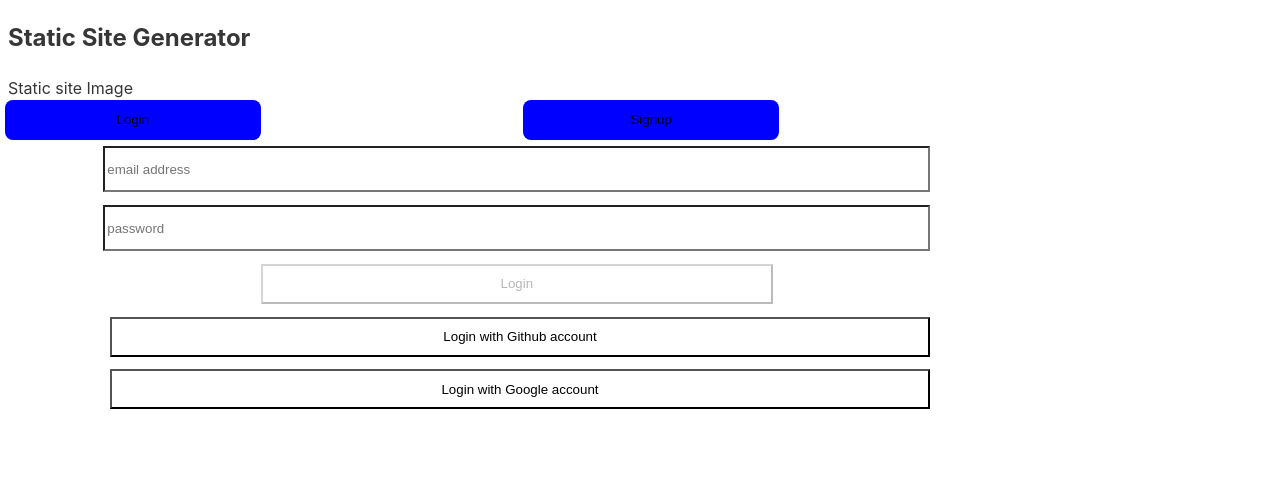
Repository: ValGrace/static-site-generator
Page: / (app in client-frontend/)
The author's editor kept a copy of each file at every save. The page is drawn from the files as they stood at one save, then again after the next save.
The browser window is 1280 px wide. The pictures show the whole page.
The project was rebuilt for these pictures with package versions that can differ from the ones it lists, and the page was loaded fresh each time. Also part of the build but not shown: client-frontend/vite.config.js, client-frontend/src/Components/Signup.jsx, client-frontend/src/App.css.

Above is the page before, as saved 2023-02-04 13:11:15.

### client-frontend/index.html
<!DOCTYPE html>
<html lang="en">
  <head>
    <meta charset="UTF-8" />
    <link rel="icon" type="image/svg+xml" href="/vite.svg" />
    <meta name="viewport" content="width=device-width, initial-scale=1.0" />
    <title>Static Site Generator</title>
  </head>
  <body>
    <div id="root"></div>
    <script type="module" src="/src/main.jsx"></script>
  </body>
</html>

### client-frontend/src/App.jsx
import Dashboard from './Pages/Dashboard'
import './App.css'

function App() {


  return (
    <div className="App">
      <Dashboard />
    </div>
  )
}

export default App

### client-frontend/src/index.css
:root {
  font-family: Inter, system-ui, Avenir, Helvetica, Arial, sans-serif;
  line-height: 1.5;
  font-weight: 400;

  color-scheme: light dark;
  color: rgba(24, 24, 24, 0.87);
  background-color: #ffffff;

  font-synthesis: none;
  text-rendering: optimizeLegibility;
  -webkit-font-smoothing: antialiased;
  -moz-osx-font-smoothing: grayscale;
  -webkit-text-size-adjust: 100%;
}

### client-frontend/src/Pages/Dashboard.jsx
import React, { useReducer} from 'react'
import Login from '../Components/Login'
import Signup from '../Components/Signup'

const initialState = {page : <Login />}
function reducer(state, action) {
    switch(action.type) {
        case 'loginpage':
          return { page: <Login />}
        case 'signuppage':
            return { page: <Signup />}
        default:
            return { page: <h2>Loading....</h2>}
    }
}
const Dashboard = () => {
    const [state, dispatch] = useReducer(reducer, initialState)
    return (
        <div className='dashboard'>
         <h2>Static Site Generator</h2>
         <div>Static site Image</div>
         <div className='dash' id='dash'>
            <div className='toggleForms'>
                <button onClick={() => dispatch({type: 'loginpage'})} className="type-btn">Login</button>
                <button onClick={() => dispatch({type: 'signuppage'})
                } className="type-btn">Signup</button>
            <React.Fragment>{state.page}</React.Fragment>
            </div>
            <button id="auth-btns">Login with Github account</button>
            <button id="auth-btns">Login with Google account</button>
         </div>
       </div>
    )
}

export default Dashboard

### client-frontend/src/Components/Login.jsx
import { useRef, useState } from 'react'
import "./Inputs.css"
const Login = () => {
    const emailRef = useRef()
    const passwordRef = useRef()
    const [loading, setLoading] = useState(true)
    const LoginSession = () => {

    }
    return (
    <form onSubmit={LoginSession} className="signupForm">
        <input type='email' placeholder='email address' ref={emailRef} />
        <input type='password' placeholder='password' ref={passwordRef} />
        <button disabled={loading} type='submit' id='sign'>Login</button>
    </form>
    )
}

export default Login

### client-frontend/src/Components/Inputs.css
form, #dash {
    width: 80vw;
}
.signupForm, .dash {
   display: flex;
   flex-direction: column;
   justify-content: center;
   align-items: center;
   gap: 0.8em;
}

input, button {
    width: 80%;
    height: 3em;
    background-color: transparent;
}

#sign {
   width: 40vw;
}

.toggleForms {
    display: grid;
    grid-template-columns: 40vw 40vw;
    gap: 0.4em;
    justify-content: center;
    align-items: center;
}

.type-btn {
    background-color: blue;
    border: none;
    width: 20vw;
    border-radius: 8px;
}

Loaded but not shown: client-frontend/src/main.jsx (common file)

After the next save:
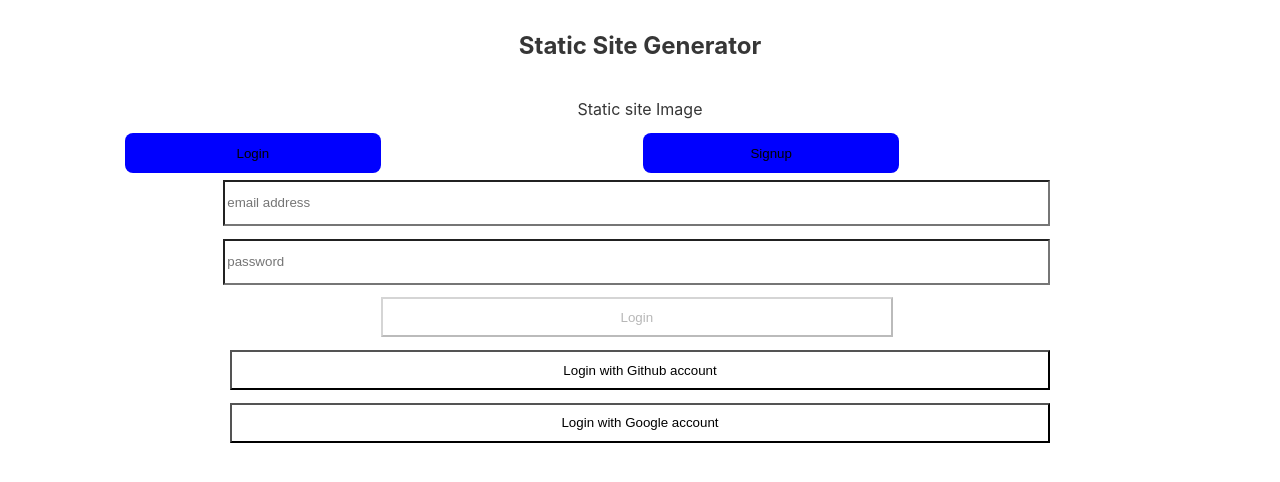
Saved 17 s later.
--- a/client-frontend/src/Components/Inputs.css
+++ b/client-frontend/src/Components/Inputs.css
@@ -1,7 +1,7 @@
 form, #dash {
     width: 80vw;
 }
-.signupForm, .dash {
+.signupForm, .dash, .dashboard {
    display: flex;
    flex-direction: column;
    justify-content: center;
